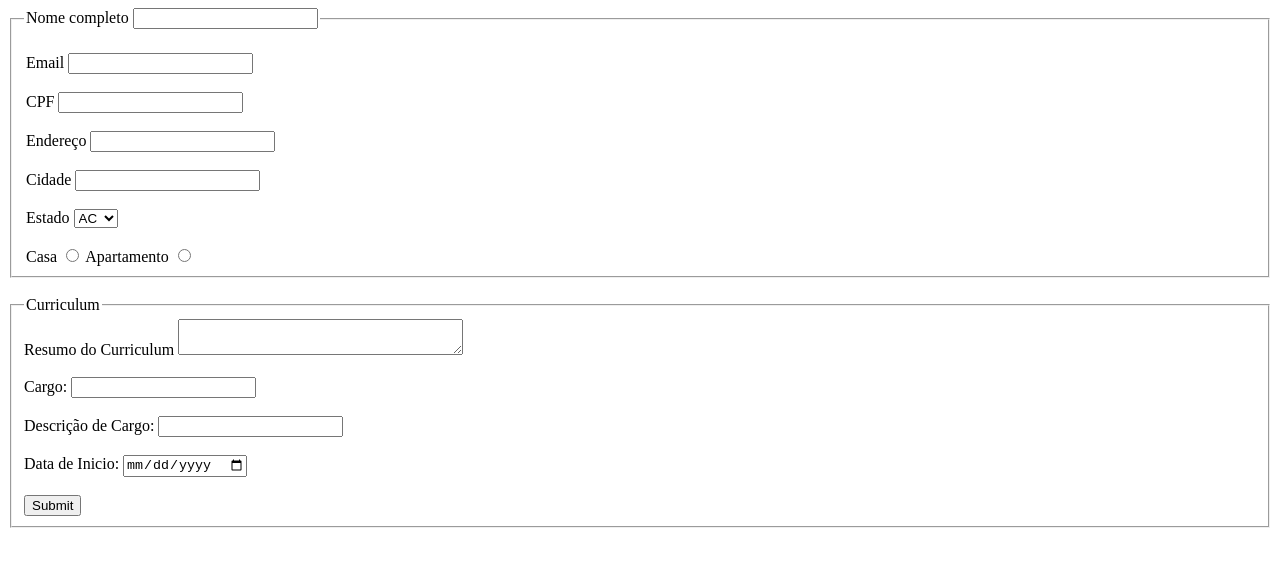
Repository: Parker9309/-trybe-exercises
Page: exercises/exercises-bloco6/html-e-css-forms-flexbox-e-responsivo_1/index.html
These files come from the project's save history. The page is drawn as it stood at one moment and after the next save; the edit follows.
The browser window is 1280 px wide. The pictures show the whole page.

Above is the page before, as saved 2021-03-16 20:33:00.

### exercises/exercises-bloco6/html-e-css-forms-flexbox-e-responsivo_1/index.html
<!DOCTYPE html>
<html lang="pt-br">
<head>
  <meta charset="UTF-8">
  <meta http-equiv="X-UA-Compatible" content="IE=edge">
  <meta name="viewport" content="width=device-width, initial-scale=1.0">
  <title>Document</title>
</head>
<body>
  <form>
    <div id="forms">
    <fieldset>
      <legend>
        <label form="nome"> Nome completo
          <input type = "text" name="nome" id="nome" maxlength="40" required>
        </label>
      </legend>

  <br>

    <legend>
      <label form="mail"> Email
        <input type = "text" name="nome" id="mail" maxlength="50" required>
      </label>
    </legend>

  <br>

    <legend>
      <label form="cpf"> CPF
        <input type = "text" name="nome" id="cpf" maxlength="11" required>
      </label>
    </legend>

<br>

  <legend>
    <label form="nome"> Endereço
      <input type = "text" name="nome" id="endereço" maxlength="200" required>
    </label>
  </legend>

<br>

  <legend>
    <label form="nome"> Cidade
      <input type = "text" name="nome" id="city" maxlength="28" required>
    </label>
  </legend>

<br>

  <legend>
    <label form="nome"> Estado
      <select name="nome" id="estados" required>
    </label>
  </legend>

<br>

  <legend>
    <label form="nome"> Estado
      <select name="nome" id="estados" required>
    </label>
  </legend>

<br>

  <legend>
      <label form="nome">Casa</label>
      <input type="radio" name="nome" id="Moradia" required>
      <label form="nome">Apartamento</label>
      <input type="radio" name="nome" id="Moradia" required>
  </legend>
</fieldset>
<br>
<fieldset>
  <legend>Curriculum</legend>
  <label for="fname">Resumo do Curriculum</label>
  <textarea type="text"id="fname" name="fname" ows="15" cols="33" maxlength="2000" placeholder="Conte me sobre seu Curriculum" required>
   </textarea><br><br>
  <label for="lname">Cargo:</label>
  <input type="text" id="cargo" name="cargo" maxlength="40" required><br><br>
  <label for="descricaoC">Descrição de Cargo:</label>
  <input type="text" id="descricaoC" name="descricaoC" maxlength="500" required><br><br>
  <label for="dateBegin">Data de Inicio:</label>
  <input type="date" id="dateBegin" name="dateBegin" required><br><br>
  <input type="submit" value="Submit">
</fieldset>
</div>
</form>
<script src = "script.js"></script>
</body>
</html>

### exercises/exercises-bloco6/html-e-css-forms-flexbox-e-responsivo_1/script.js
let opcoes = document.getElementById('estados');
function criarOpcoes() {
  let estadosBr = ['AC', 'AL', 'AP','AM', 'BA','CE', 'DF',
  'ES', 'GO', 'MA', 'MT', 'MS', 'MG', 'PA', 'PB', 'PR','PE', 'PI', 'RJ', 'RN', 'RS', 'RO', 'RR', 'SC', 'SP', 'SE', 'TO'];
  for (let stateIndex = 0; stateIndex < estadosBr.length; stateIndex += 1) {
    let opcao = document.createElement('option');
    opcao.value = estadosBr[stateIndex].toLowerCase();
    opcao.id = 'estados';
    opcao.innerHTML = estadosBr[stateIndex];
    opcoes.appendChild(opcao);
  }
}
criarOpcoes()

After the next save:
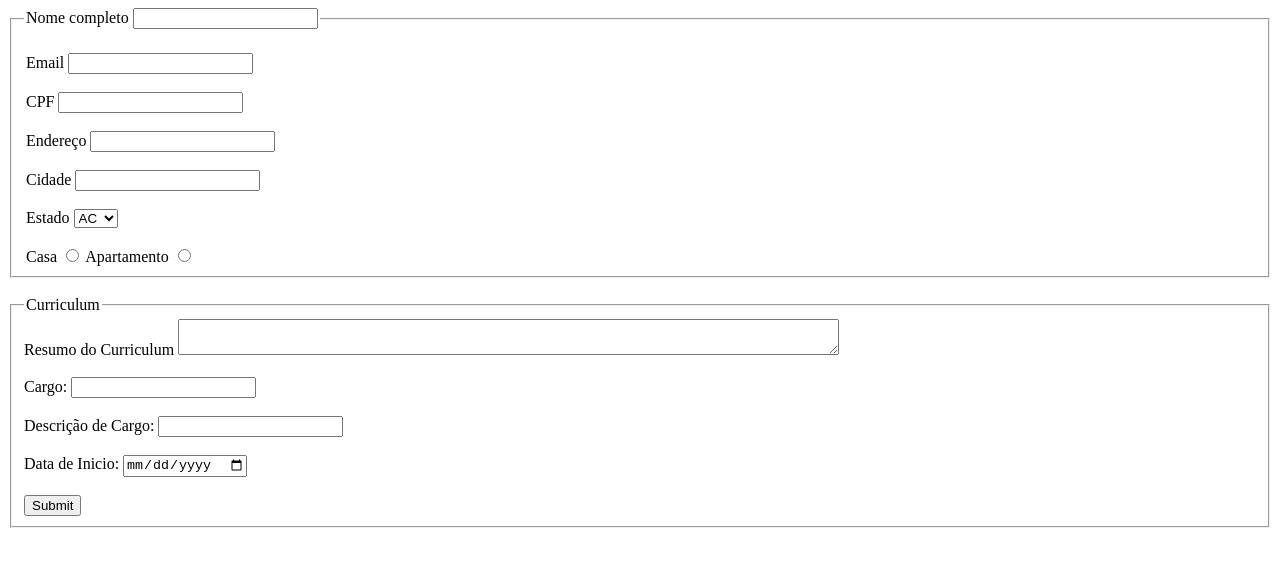
Saved 14 s later.
--- a/exercises/exercises-bloco6/html-e-css-forms-flexbox-e-responsivo_1/index.html
+++ b/exercises/exercises-bloco6/html-e-css-forms-flexbox-e-responsivo_1/index.html
@@ -77,7 +77,7 @@
 <fieldset>
   <legend>Curriculum</legend>
   <label for="fname">Resumo do Curriculum</label>
-  <textarea type="text"id="fname" name="fname" ows="15" cols="33" maxlength="2000" placeholder="Conte me sobre seu Curriculum" required>
+  <textarea type="text"id="fname" name="fname" ows="15" cols="80" maxlength="2000" placeholder="Conte me sobre seu Curriculum" required>
    </textarea><br><br>
   <label for="lname">Cargo:</label>
   <input type="text" id="cargo" name="cargo" maxlength="40" required><br><br>

After the save that followed:
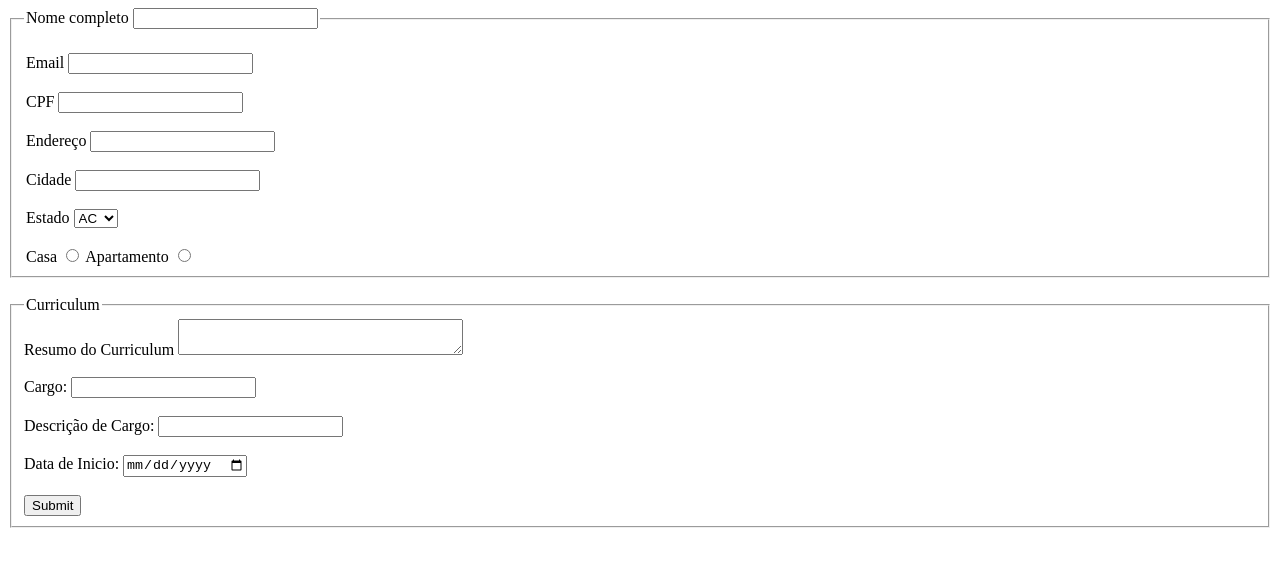
Saved 8 s later.
--- a/exercises/exercises-bloco6/html-e-css-forms-flexbox-e-responsivo_1/index.html
+++ b/exercises/exercises-bloco6/html-e-css-forms-flexbox-e-responsivo_1/index.html
@@ -77,7 +77,7 @@
 <fieldset>
   <legend>Curriculum</legend>
   <label for="fname">Resumo do Curriculum</label>
-  <textarea type="text"id="fname" name="fname" ows="15" cols="80" maxlength="2000" placeholder="Conte me sobre seu Curriculum" required>
+  <textarea type="text"id="fname" name="fname" ows="15" cols="33" maxlength="2000" placeholder="Conte me sobre seu Curriculum" required>
    </textarea><br><br>
   <label for="lname">Cargo:</label>
   <input type="text" id="cargo" name="cargo" maxlength="40" required><br><br>
